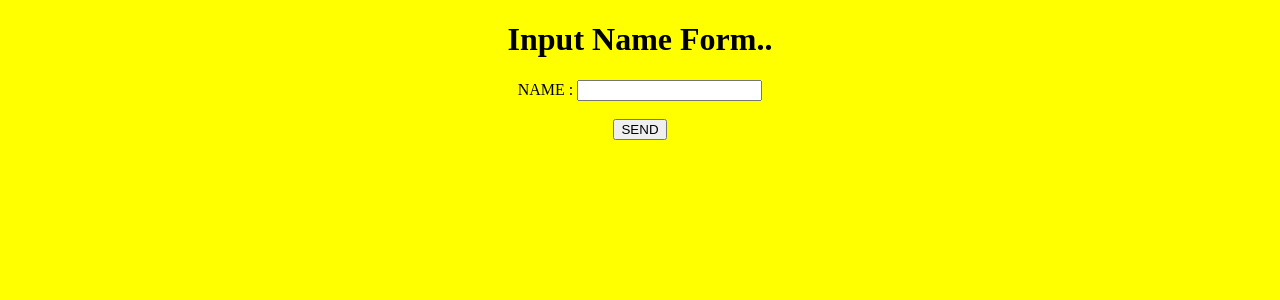
Repository: chunkind/dev_study
Page: kjs/servlet/web02_HttpServlet/WebContent/ex02/formName.html
An editor plug-in stored every save of this project. The page is shown before and after the next save, followed by the edit.
The browser window is 1280 px wide. The pictures show the whole page.

Above is the page before, as saved 2016-12-04 02:16:17.

### kjs/servlet/web02_HttpServlet/WebContent/ex02/formName.html
<!DOCTYPE html>
<html>
<head>
<meta charset="UTF-8">
<title>Insert title here</title>
<style type="text/css">
	#body{
	text-align: center;
	background-color: yellow;
	}
</style>
</head>
<body id="body">
	<h1>Input Name Form..</h1><p>
	<form action="ex02/FN">
	NAME : <input type="text" name = "name"><br><br>
	<input type="submit" value="SEND"><br>
	</form>
</body>
</html>

After the next save:
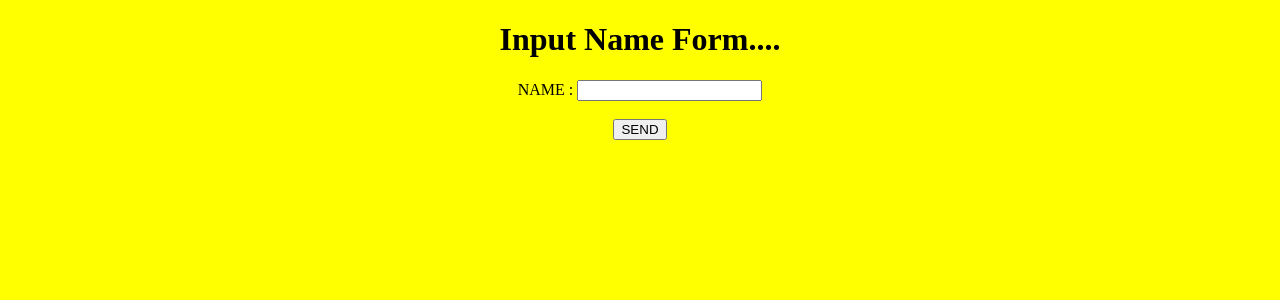
Saved 4 s later.
--- a/kjs/servlet/web02_HttpServlet/WebContent/ex02/formName.html
+++ b/kjs/servlet/web02_HttpServlet/WebContent/ex02/formName.html
@@ -11,7 +11,7 @@
 </style>
 </head>
 <body id="body">
-	<h1>Input Name Form..</h1><p>
+	<h1>Input Name Form....</h1><p>
 	<form action="ex02/FN">
 	NAME : <input type="text" name = "name"><br><br>
 	<input type="submit" value="SEND"><br>
